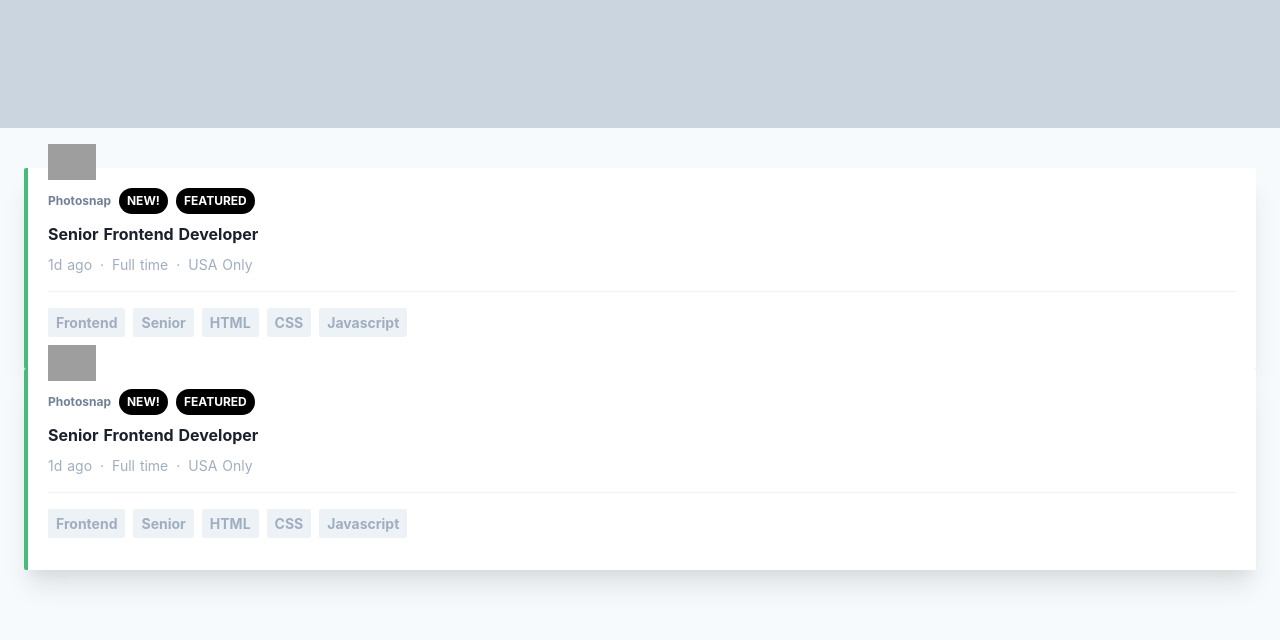
Repository: asongdon/frontendmentor-joblisting
Page: /
These files come from the project's save history. The page is drawn as it stood at one moment and after the next save; the edit follows.
The browser window is 1280 px wide. The pictures show the whole page.
Pictures or frames that could not be fetched are drawn as grey boxes. The project was rebuilt for these pictures with package versions that can differ from the ones it lists, and the page was loaded fresh each time. The framework's server and built-in components were replaced by stand-ins that run in the browser. Also part of the build but not shown: nuxt.config.js.

Above is the page before, as saved 2020-04-12 21:03:04.

After the next save:
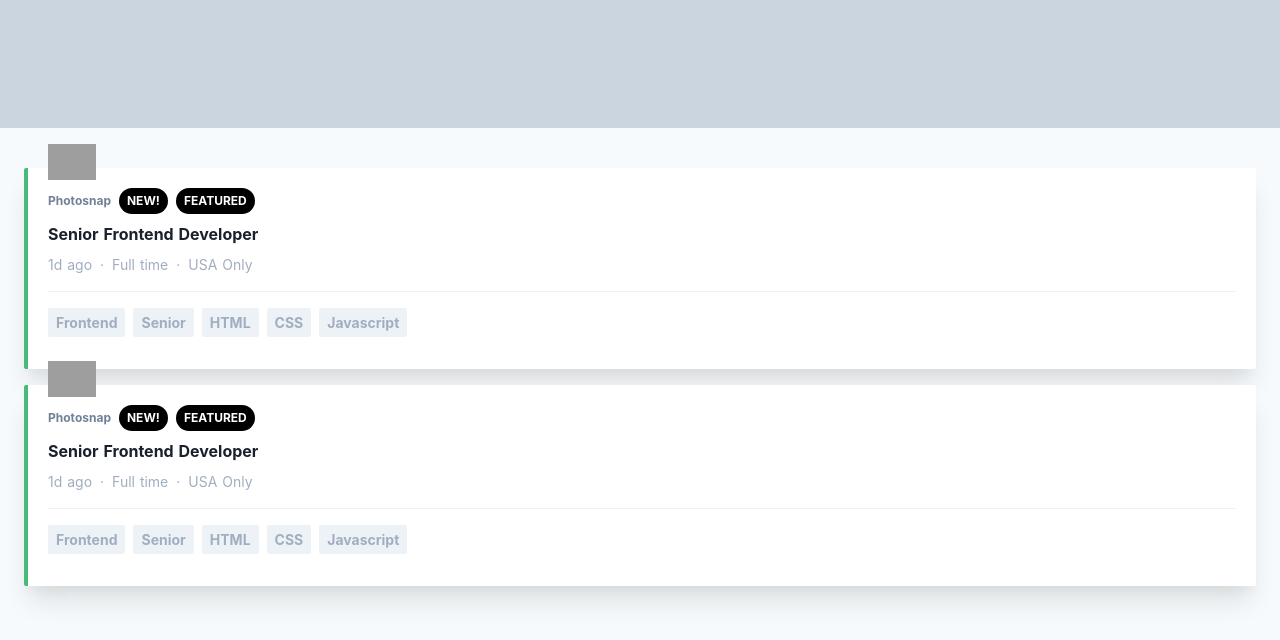
Saved 13 s later.
--- a/components/Maincard.vue
+++ b/components/Maincard.vue
@@ -1,6 +1,6 @@
 <template>
   <div
-    class="flex flex-col flex-no-wrap rounded-sm px-5 border-l-4 border-green-500 bg-white shadow-xl pb-4"
+    class="flex flex-col flex-no-wrap rounded-sm px-5 border-l-4 border-green-500 bg-white shadow-xl pb-4 mb-4"
   >
     <div class="-mt-6 mb-2">
       <img class="w-12" src="~/assets/logos/faceit.svg" alt="" />
